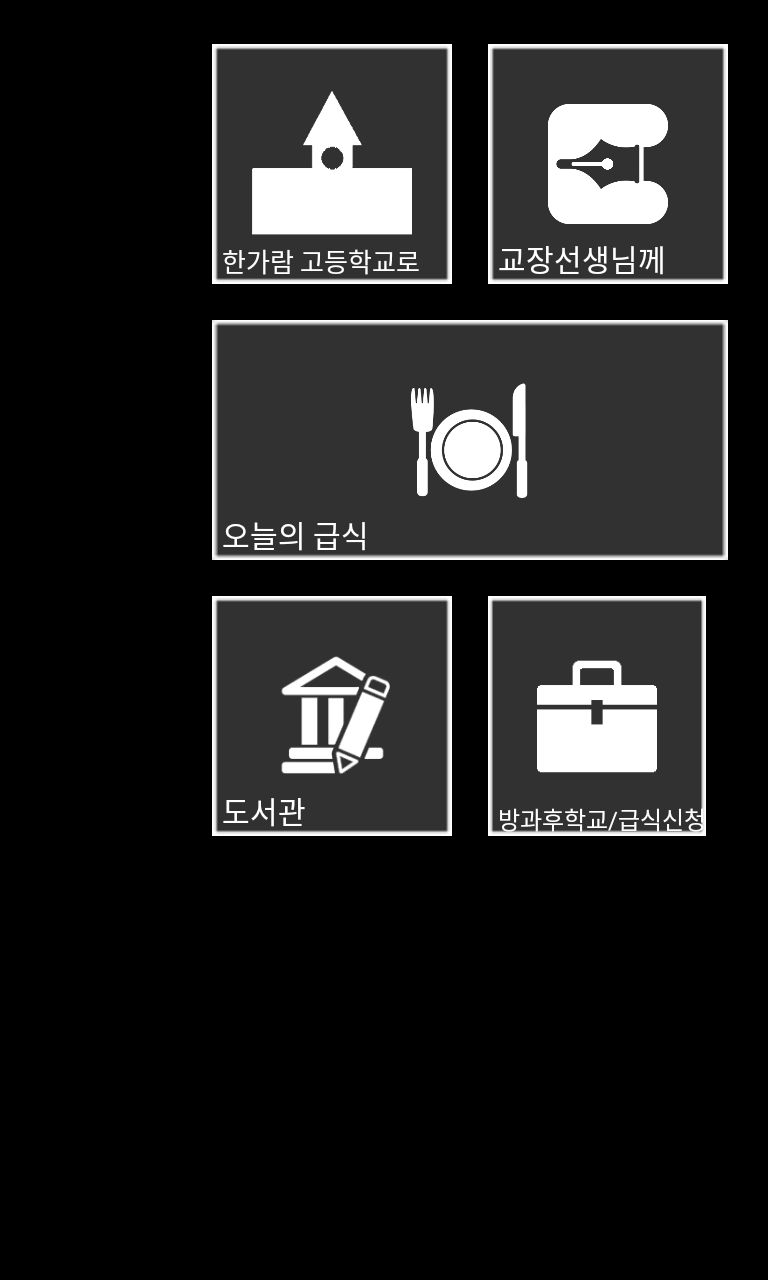
Repository: hgrateam/HangaramAPP_OLD-v2.0.6
Layout: HangaramAPP/res/layout/metro_view_menu.xml
An editor plug-in stored every save of this project. The layout is shown before and after the next save, followed by the edit.
It is drawn on a 768 x 1280 px phone screen (xhdpi) without system bars, with theme android:Theme.Black.NoTitleBar; the app's code is not run.

Above is the layout before, as saved 2012-07-11 17:46:15.

### HangaramAPP/res/layout/metro_view_menu.xml
<?xml version="1.0" encoding="utf-8"?>
<ScrollView xmlns:android="http://schemas.android.com/apk/res/android"
    android:id="@+id/scrollView1"
    android:layout_width="fill_parent"
    android:layout_height="wrap_content"
    android:background="#000000"
    android:scrollbars="none" >



    <RelativeLayout
        android:layout_width="fill_parent"
        android:layout_height="wrap_content" >

        <FrameLayout
            android:id="@+id/lprin"
            android:layout_width="120dp"
            android:layout_height="120dp"
            android:layout_alignParentRight="true"
            android:layout_alignParentTop="true"
            android:layout_marginRight="20dp"
            android:layout_marginTop="22dp" >

            <Button
                android:id="@+id/toPrincipleWall"
                android:layout_width="fill_parent"
                android:layout_height="fill_parent"
                android:background="#00000000" />

            <RelativeLayout
                android:layout_width="fill_parent"
                android:layout_height="fill_parent"
                android:background="@drawable/trans_frame_btn2" >

                <TextView
                    android:layout_width="wrap_content"
                    android:layout_height="wrap_content"
                    android:layout_alignParentBottom="true"
                    android:layout_alignParentLeft="true"
                    android:layout_marginBottom="2dp"
                    android:layout_marginLeft="5dp"
                    android:text="@string/toPrincipleWall"
                    android:textAppearance="?android:attr/textAppearanceMedium"
                    android:textSize="15dp" />

                <ImageView
                    android:layout_width="60dp"
                    android:layout_height="60dp"
                    android:layout_centerHorizontal="true"
                    android:layout_centerVertical="true"
                    android:contentDescription="@string/pen_w"
                    android:src="@drawable/pen_w" />
            </RelativeLayout>
        </FrameLayout>

        <FrameLayout
            android:id="@+id/lhgr"
            android:layout_width="120dp"
            android:layout_height="120dp"
            android:layout_alignTop="@+id/lprin"
            android:layout_marginRight="18dp"
            android:layout_toLeftOf="@+id/lprin" >

            <Button
                android:id="@+id/toHGR"
                android:layout_width="fill_parent"
                android:layout_height="fill_parent"
                android:background="#00000000" />

            <RelativeLayout
                android:layout_width="fill_parent"
                android:layout_height="fill_parent"
                android:background="@drawable/trans_frame_btn2" >

                <TextView
                    android:layout_width="wrap_content"
                    android:layout_height="wrap_content"
                    android:layout_alignParentBottom="true"
                    android:layout_alignParentLeft="true"
                    android:layout_marginBottom="2dp"
                    android:layout_marginLeft="5dp"
                    android:text="@string/toHGR"
                    android:textAppearance="?android:attr/textAppearanceMedium"
                    android:textSize="13dp" />

                <ImageView
                    android:layout_width="80dp"
                    android:layout_height="80dp"
                    android:layout_centerHorizontal="true"
                    android:layout_centerVertical="true"
                    android:contentDescription="@string/pen_w"
                    android:src="@drawable/school_w" />
            </RelativeLayout>
        </FrameLayout>

        <FrameLayout
            android:id="@+id/lmeal"
            android:layout_width="258dp"
            android:layout_height="120dp"
            android:layout_alignLeft="@+id/lhgr"
            android:layout_below="@+id/lhgr"
            android:layout_marginTop="18dp" >

            <Button
                android:id="@+id/todayMeal"
                android:layout_width="fill_parent"
                android:layout_height="fill_parent"
                android:background="#00000000" />

            <RelativeLayout
                android:layout_width="fill_parent"
                android:layout_height="fill_parent"
                android:background="@drawable/trans_frame_btn_l" >

                <TextView
                    android:layout_width="wrap_content"
                    android:layout_height="wrap_content"
                    android:layout_alignParentBottom="true"
                    android:layout_alignParentLeft="true"
                    android:layout_marginBottom="2dp"
                    android:layout_marginLeft="5dp"
                    android:text="@string/todayMeal"
                    android:textAppearance="?android:attr/textAppearanceMedium"
                    android:textSize="15dp" />

                <ImageView
                    android:layout_width="70dp"
                    android:layout_height="70dp"
                    android:layout_centerHorizontal="true"
                    android:layout_centerVertical="true"
                    android:contentDescription="@string/meal_w"
                    android:src="@drawable/meal_w" />
            </RelativeLayout>
        </FrameLayout>

        <FrameLayout
            android:id="@+id/llib"
            android:layout_width="120dp"
            android:layout_height="120dp"
            android:layout_alignLeft="@+id/lmeal"
            android:layout_below="@+id/lmeal"
            android:layout_marginTop="18dp" >

            <RelativeLayout
                android:layout_width="fill_parent"
                android:layout_height="fill_parent"
                android:background="@drawable/trans_frame_btn2" >

                <TextView
                    android:layout_width="wrap_content"
                    android:layout_height="wrap_content"
                    android:layout_alignParentBottom="true"
                    android:layout_alignParentLeft="true"
                    android:layout_marginBottom="2dp"
                    android:layout_marginLeft="5dp"
                    android:text="@string/toHGRlib"
                    android:textAppearance="?android:attr/textAppearanceMedium"
                    android:textSize="15dp" />

                <ImageView
                    android:layout_width="70dp"
                    android:layout_height="70dp"
                    android:layout_centerHorizontal="true"
                    android:layout_centerVertical="true"
                    android:contentDescription="@string/library_w"
                    android:src="@drawable/library_w" />
            </RelativeLayout>


            <Button
                android:id="@+id/toHGRlib"
                android:layout_width="fill_parent"
                android:layout_height="fill_parent"
                android:background="#00000000" />

        </FrameLayout>

        <FrameLayout
            android:id="@+id/las"
            android:layout_width="120dp"
            android:layout_height="120dp"
            android:layout_alignTop="@+id/llib"
            android:layout_toRightOf="@+id/lhgr" >


            <Button
                android:id="@+id/toas"
                android:layout_width="fill_parent"
                android:layout_height="fill_parent"
                android:background="#00000000" />


            <RelativeLayout
                android:layout_width="wrap_content"
                android:layout_height="wrap_content"
                android:background="@drawable/trans_frame_btn2" >

                <TextView
                    android:layout_width="wrap_content"
                    android:layout_height="wrap_content"
                    android:layout_alignParentBottom="true"
                    android:layout_alignParentLeft="true"
                    android:layout_marginBottom="2dp"
                    android:layout_marginLeft="5dp"
                    android:text="@string/toAS"
                    android:textAppearance="?android:attr/textAppearanceMedium"
                    android:textSize="12dp" />

                <ImageView
                    android:layout_width="60dp"
                    android:layout_height="60dp"
                    android:layout_centerHorizontal="true"
                    android:layout_centerVertical="true"
                    android:contentDescription="@string/library_w"
                    android:src="@drawable/briefcase_w" />
            </RelativeLayout>
        </FrameLayout>

    </RelativeLayout>

</ScrollView>

### HangaramAPP/res/values/strings.xml
<?xml version="1.0" encoding="utf-8"?>
<resources>
    <string name="app_ver">1.1.1</string><string name="app_name">한가람앱</string>
    <string name="Ateam_info">한가람 고등학교 앱개발부서</string>
    <string name="Ateam_home">클릭하시면 A-TEAM 홈페이지로 이동합니다.</string>
    <string name="Crew_Leader_Ateam">부장 전수현</string>
    <string name="Crew_Secondary_Leader_Ateam">차장 장동재</string>
    <string name="Crew1_Ateam">김준수</string>
    <string name="Crew2_Ateam">성기선</string>
    <string name="Crew3_Ateam">조석주</string>
    <string name="DigitalClock">DigitalClock</string>
    <string name="Now_constructing">(현재 구현중에 있습니다)</string>
    <string name="Next_class">다음 시간은?</string>
    <string name="toHGR">한가람 고등학교로</string>
    <string name="inquire_meals">조회하기</string>
    <string name="inquire_btn_select_date">"&apos;조회하기&apos; 버튼을 누른 뒤, 날짜를 선택하여 주십시오."</string>
    <string name="Ateam_logo">A-Team의 공식로고입니다.</string>
    <string name="HGR_15th">한가람고 15기</string>
    <string name="toPrincipleWall">교장선생님께</string>
    <string name="todayMeal">오늘의 급식</string>
    <string name="pen_w">펜 아이콘</string>
    <string name="facebook_w">페북 아이콘</string>
    <string name="meal_w">오늘의 급식 아이콘</string>
    <string name="toHGRency">한가람 대사전</string>
    <string name="str_lunch">점심</string>
    <string name="str_dinner">저녁</string>

    <string name="library_w">도서관 아이콘</string>
    <string name="toHGRlib">도서관</string>
    <string name="error">오류</string>
    <string name="str_notice">공지사항</string>
    <string name="nDAY">전날</string>
    <string name="pDAY">다음날</string>
    <string name="str_wait">잠시만 기다려 주십시오</string>
    <string name="str_plus">+</string>
    <string name="Calc">과락 계산기</string>
    <string name="calc_w">과락계산기 아이콘</string>
    <string name="toCalc">점수 계산기</string>
    <string name="toAS">방과후학교/급식신청</string>
    <string name="NetStat_error">네트워크 상태를 확인하여 주십시오.</string>
    <string name="per_Project">수행 반영 비율 (0~100)</string>
    <string name="Calculate">계산</string>

</resources>

After the next save:
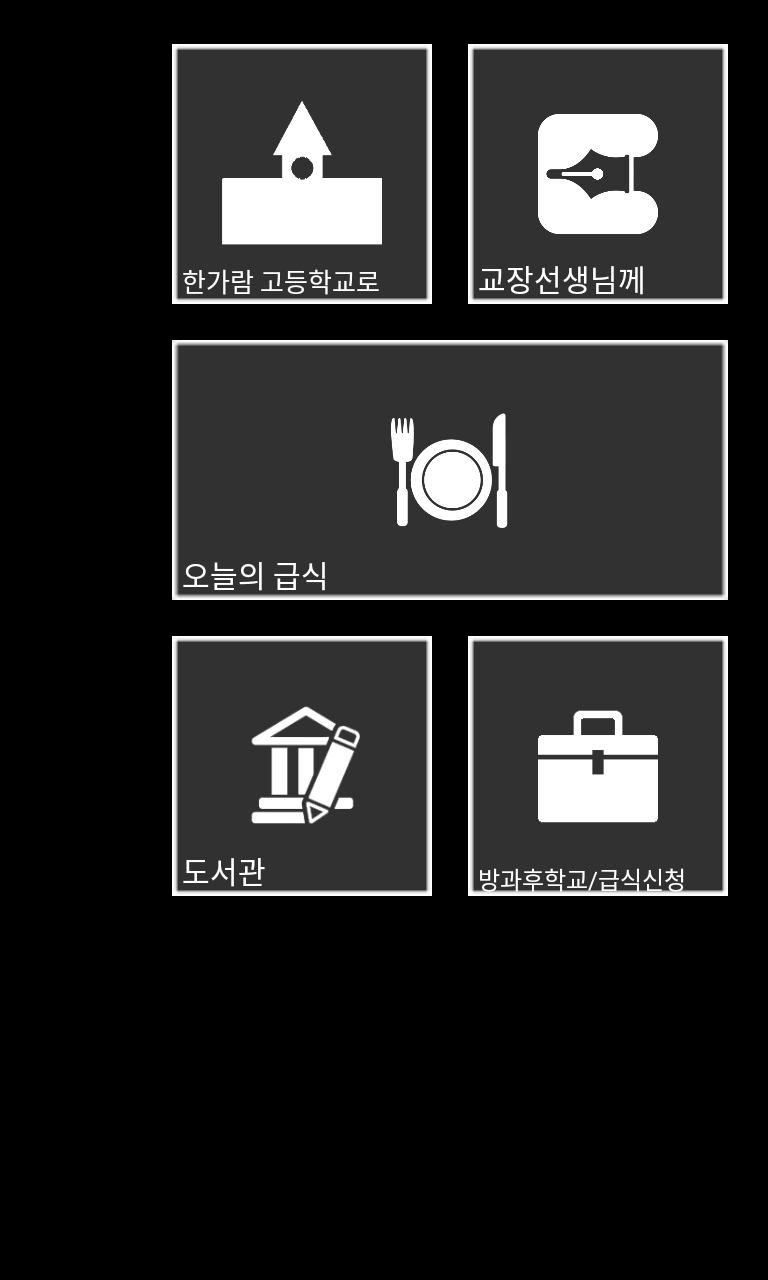
Saved 4 min 52 s later.
--- a/HangaramAPP/res/layout/metro_view_menu.xml
+++ b/HangaramAPP/res/layout/metro_view_menu.xml
@@ -14,8 +14,8 @@
 
         <FrameLayout
             android:id="@+id/lprin"
-            android:layout_width="120dp"
-            android:layout_height="120dp"
+            android:layout_width="130dp"
+            android:layout_height="130dp"
             android:layout_alignParentRight="true"
             android:layout_alignParentTop="true"
             android:layout_marginRight="20dp"
@@ -55,8 +55,8 @@
 
         <FrameLayout
             android:id="@+id/lhgr"
-            android:layout_width="120dp"
-            android:layout_height="120dp"
+            android:layout_width="130dp"
+            android:layout_height="130dp"
             android:layout_alignTop="@+id/lprin"
             android:layout_marginRight="18dp"
             android:layout_toLeftOf="@+id/lprin" >
@@ -95,8 +95,8 @@
 
         <FrameLayout
             android:id="@+id/lmeal"
-            android:layout_width="258dp"
-            android:layout_height="120dp"
+            android:layout_width="278dp"
+            android:layout_height="130dp"
             android:layout_alignLeft="@+id/lhgr"
             android:layout_below="@+id/lhgr"
             android:layout_marginTop="18dp" >
@@ -135,8 +135,8 @@
 
         <FrameLayout
             android:id="@+id/llib"
-            android:layout_width="120dp"
-            android:layout_height="120dp"
+            android:layout_width="130dp"
+            android:layout_height="130dp"
             android:layout_alignLeft="@+id/lmeal"
             android:layout_below="@+id/lmeal"
             android:layout_marginTop="18dp" >
@@ -177,8 +177,8 @@
 
         <FrameLayout
             android:id="@+id/las"
-            android:layout_width="120dp"
-            android:layout_height="120dp"
+            android:layout_width="130dp"
+            android:layout_height="130dp"
             android:layout_alignTop="@+id/llib"
             android:layout_toRightOf="@+id/lhgr" >
 
@@ -190,8 +190,10 @@
                 android:background="#00000000" />
 
 
-            <RelativeLayout
-                android:layout_width="wrap_content"
+
+
+            <RelativeLayout
+                android:layout_width="fill_parent"
                 android:layout_height="wrap_content"
                 android:background="@drawable/trans_frame_btn2" >
 
